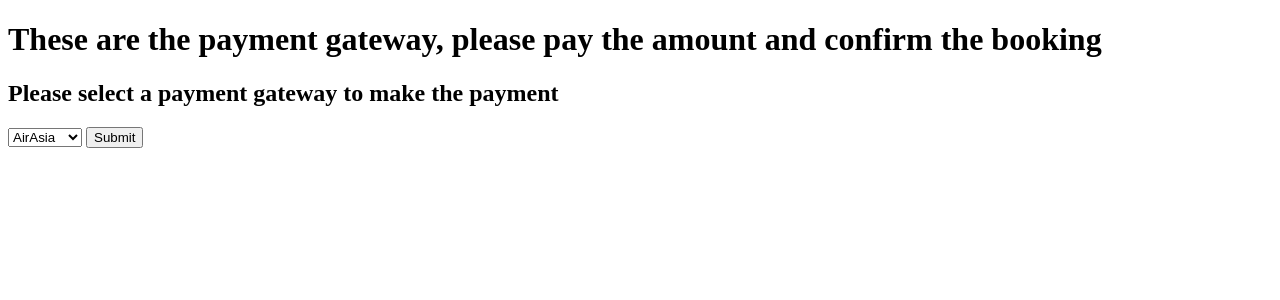
Repository: RamJangid/AdvanceJavaDone
Page: http://localhost/FlyAway/bookflightbypayment.jsp
These files come from the project's save history. The page is drawn as it stood at one moment and after the next save; the edit follows.
The browser window is 1280 px wide. The pictures show the whole page.
The page is served by Tomcat 10. Nobody is signed in. The application's start-up code is not run.

Above is the page before, as saved 2022-09-22 03:12:01.

After the next save:
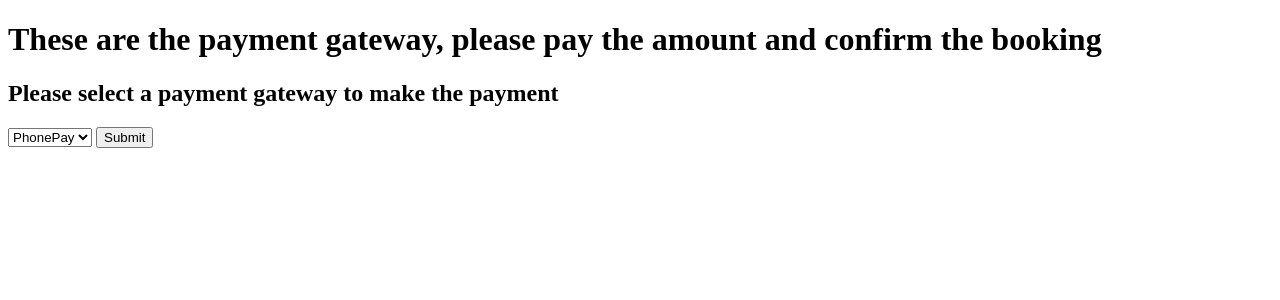
Saved 55 s later.
--- a/FlyAway/src/main/webapp/bookflightbypayment.jsp
+++ b/FlyAway/src/main/webapp/bookflightbypayment.jsp
@@ -12,10 +12,10 @@
 		<h2>Please select a payment gateway to make the payment</h2>
 
 		<form action="finalbookingdetails.jsp" method = "post">
-				<select name = "selectanyflight">
-					<option value = "AS">AirAsia</option>
-					<option value = "IN">Indigo</option>
-					<option value = "SP">SpiceJet</option>
+				<select name = "paymentgateway">
+					<option value = "PhonePay">PhonePay</option>
+					<option value = "Gpay">Gpay</option>
+					<option value = "Paytm">Paytm</option>
 				</select>
 
 				<input type = "submit" name = "Submit"/>
